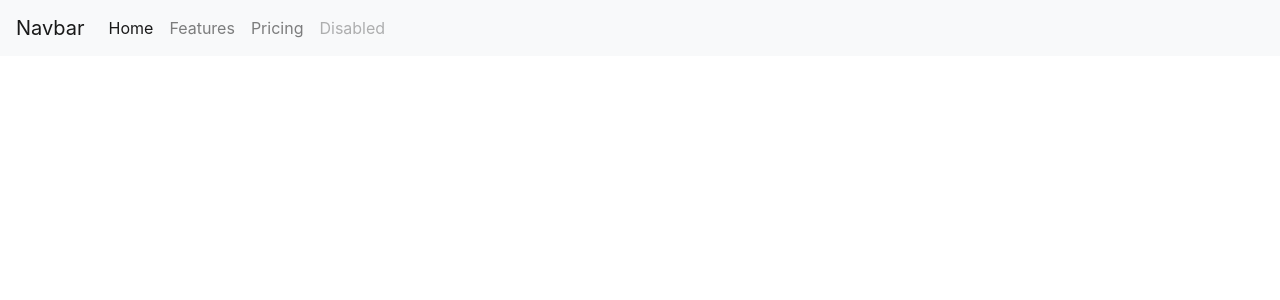
Repository: KeithKeithZ/libapp
Page: http://localhost/Users
These files come from the project's save history. The page is drawn as it stood at one moment and after the next save; the edit follows.
The browser window is 1280 px wide. The pictures show the whole page.
The page is served by the project's Laravel application, run on PHP 8.4 with Laravel 8. Other server files are loaded and not shown.

Above is the page before, as saved 2021-12-03 09:55:36.

### routes/web.php
<?php

use Illuminate\Support\Facades\Route;

/*
|--------------------------------------------------------------------------
| Web Routes
|--------------------------------------------------------------------------
|
| Here is where you can register web routes for your application. These
| routes are loaded by the RouteServiceProvider within a group which
| contains the "web" middleware group. Now create something great!
|
*/

Route::get('/', function () {
    return view('welcome');
});

Route::get('/Users', function () {
    return view('users');
});

### resources/views/users.blade.php
<!DOCTYPE html>
<html lang="{{ str_replace('_', '-', app()->getLocale()) }}">
    <head>
        <title>Bootstrap Example</title>
        <meta charset="utf-8">
        <meta name="viewport" content="width=device-width, initial-scale=1">
        <link rel="stylesheet" href="https://stackpath.bootstrapcdn.com/bootstrap/4.1.3/css/bootstrap.min.css" integrity="sha384-MCw98/SFnGE8fJT3GXwEOngsV7Zt27NXFoaoApmYm81iuXoPkFOJwJ8ERdknLPMO" crossorigin="anonymous">
        <script src="https://code.jquery.com/jquery-3.3.1.slim.min.js" integrity="sha384-q8i/X+965DzO0rT7abK41JStQIAqVgRVzpbzo5smXKp4YfRvH+8abtTE1Pi6jizo" crossorigin="anonymous"></script>
        <script src="https://cdnjs.cloudflare.com/ajax/libs/popper.js/1.14.3/umd/popper.min.js" integrity="sha384-ZMP7rVo3mIykV+2+9J3UJ46jBk0WLaUAdn689aCwoqbBJiSnjAK/l8WvCWPIPm49" crossorigin="anonymous"></script>
        <script src="https://stackpath.bootstrapcdn.com/bootstrap/4.1.3/js/bootstrap.min.js" integrity="sha384-ChfqqxuZUCnJSK3+MXmPNIyE6ZbWh2IMqE241rYiqJxyMiZ6OW/JmZQ5stwEULTy" crossorigin="anonymous"></script>
    </head>

    <nav class="navbar navbar-expand-lg navbar-light bg-light">
    <a class="navbar-brand" href="#">Navbar</a>
    <button class="navbar-toggler" type="button" data-toggle="collapse" data-target="#navbarNav" aria-controls="navbarNav" aria-expanded="false" aria-label="Toggle navigation">
        <span class="navbar-toggler-icon"></span>
    </button>
    <div class="collapse navbar-collapse" id="navbarNav">
        <ul class="navbar-nav">
        <li class="nav-item active">
            <a class="nav-link" href="/">Home <span class="sr-only">(current)</span></a>
        </li>
        <li class="nav-item">
            <a class="nav-link" href="#">Features</a>
        </li>
        <li class="nav-item">
            <a class="nav-link" href="#">Pricing</a>
        </li>
        <li class="nav-item">
            <a class="nav-link disabled" href="#">Disabled</a>
        </li>
        </ul>
    </div>
    </nav>
</html>

After the next save:
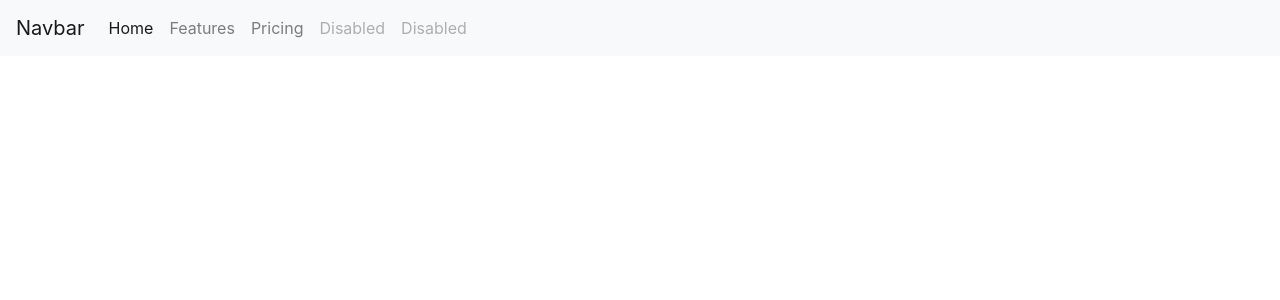
Saved 12 min 22 s later.
--- a/resources/views/users.blade.php
+++ b/resources/views/users.blade.php
@@ -29,6 +29,9 @@
         <li class="nav-item">
             <a class="nav-link disabled" href="#">Disabled</a>
         </li>
+        <li class="nav-item">
+            <a class="nav-link disabled" href="#">Disabled</a>
+        </li>
         </ul>
     </div>
     </nav>
